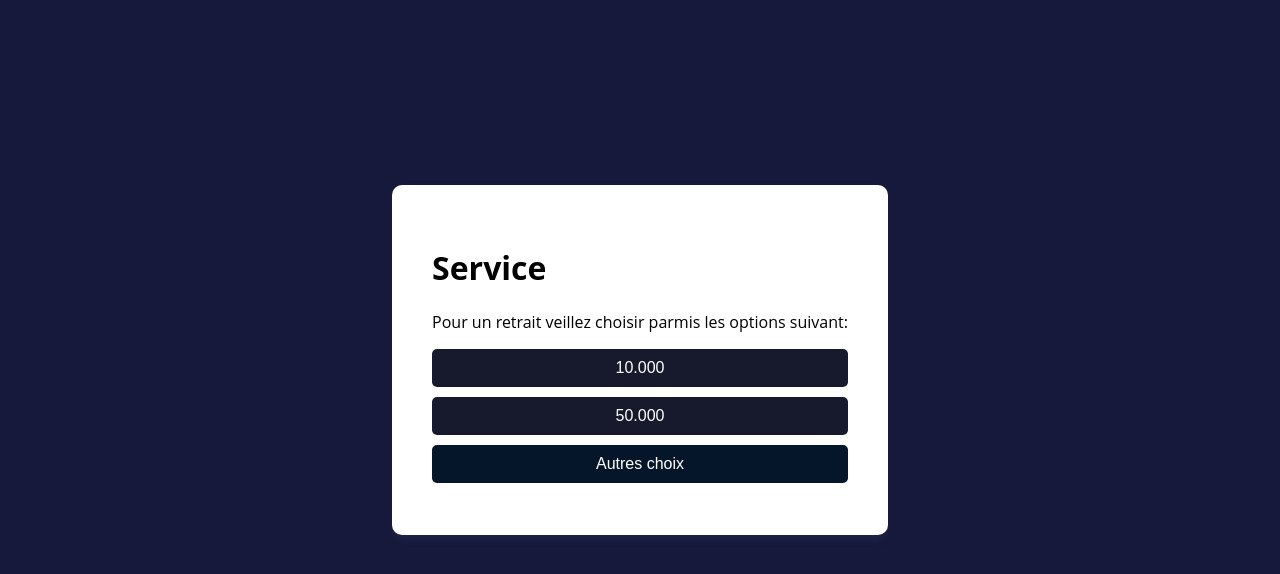
Repository: ndiawar/ProjetGab
Page: retrait.html
The author's editor kept a copy of each file at every save. The page is drawn from the files as they stood at one save, then again after the next save.
The browser window is 1280 px wide. The pictures show the whole page.

Above is the page before, as saved 2024-08-07 22:53:34.

### retrait.html
<!DOCTYPE html>
<html lang="fr">
<head>
    <meta charset="UTF-8">
    <meta name="viewport" content="width=device-width, initial-scale=1.0">
    <link rel="stylesheet" href="style.css">
    <title>Page de Gestion</title>
</head>
<body>
    <div class="container">
        <h1 id="service">Service</h1>
        <p id="welcome-message">Pour un retrait veillez choisir parmis les options suivant:</p>
        <button class="button retrait">10.000</button>
        <button class="button solde">50.000</button>
        <button class="button depot">Autres choix</button>
    </div>
</body>
</html>

### style.css
:root {
    /* Définition des couleurs de base */
    --blue-sky-1: #16193B; /* Bleu nuit */
    --blue-sky-2: #35478C; /* Bleu foncé */
    --blue-sky-3: #4E7AC7; /* Bleu vif */
    --blue-sky-4: #7FB2F0; /* Bleu clair */
    --blue-sky-5: #ADD5F7; /* Bleu très clair */
    --Noir-6: #000000; /* Noir */
    --White-7: #ffffff; /* Blanc */

    /* Utilisation des couleurs pour différents éléments */
    --color-title: var(--blue-sky-1); /* Couleur pour les titres */
    --color-subtitle: var(--blue-sky-3); /* Couleur pour les sous-titres */
    --color-paragraph: var(--blue-sky-2); /* Couleur pour les paragraphes */
    --color-border: var(--blue-sky-4); /* Couleur pour les bordures */
    --color-backgroundFoncé: var(--blue-sky-1); /* Couleur de fond foncée */
    --color-background: var(--blue-sky-5); /* Couleur de fond général */
    --color-text: var(--Noir-6); /* Couleur pour le texte de fond */
    --color-white: var(--White-7); /* Couleur blanche pour le texte de fond d'une balise */

    /* Polices */
    --font-title: 'Montserrat', sans-serif;
    --font-text: 'Open Sans', sans-serif;
    --font-subtitle: 'Roboto', sans-serif;

    /* Taille de police standard et poids */
    --font-size-normal: 16px; /* Taille de police standard pour le texte */
    --font-size-title: 28px; /* Taille de police pour les grands titres */
    --font-size-subtitle: 20px; /* Taille de police pour les sous-titres */
    --font-weight-normal: 400; /* Poids normal de la police */
    --font-weight-bold: 700; /* Poids en gras */
    /* Pour le profil la taille du nom et du sous-titre */
    --font-size-titleProfil: 45px;
    --font-size-subtitleProfil: 30px;
}


/*Initialisation de notre body pour supprimer les marges et choix du type de police pour notre site*/


/*Initialisation de notre body pour supprimer les marges et choix du type de police pour notre site*/
* {
  box-sizing: border-box;
}

/* Style global pour le corps de la page */
body, html {
    margin: 0;
    padding: 0;
    color: var(--color-text);
    font-family: var(--font-text);
    font-size: var(--font-size-normal);
    font-weight: var(--font-weight-normal);
    overflow-x: hidden;
    height: 100%;
    display: flex;
    align-items: center;
    justify-content: center;
    background-color: var(--color-backgroundFoncé);
}

/* Conteneur principal de la page de connexion */
.login-container {
    display: flex;
    width: 100%;
    max-width: 900px;
    height: 500px;
    background-color: var(--color-white);
    box-shadow: 0 4px 8px rgba(101, 150, 214, 0.1);
    border-radius: 10px;
    overflow: hidden;
}

/* Style pour la section du formulaire de connexion */
.login-form {
    flex: 1;
    padding: 40px;
    background-color: var(--color-white);
    display: flex;
    flex-direction: column;
    justify-content: center;
}

/* Style pour les titres et formulaires dans la section de connexion */
.login-form h2 {
    margin-bottom: 20px;
    color: var(--color-title);
    font-size: var(--font-size-title);
    font-family: var(--font-title);
    font-weight: var(--font-weight-bold);
    padding: 5px 0 60px 50px;
}

.form-group {
    margin-bottom: 15px;
    font-size: var(--font-subtitle);
    font-weight: var(--font-weight-normal);
    font-family: var(--font-text);
    color: var(--color-title);
}

.form-group label {
    display: block;
    margin-bottom: 5px;
    color: var(--color-title);
}

.form-group input {
    width: 100%;
    padding: 10px;
    border: 1px solid var(--color-title);
    border-radius: 5px;
    font-size: 16px;
    box-sizing: border-box;
}

button {
    width: 100%;
    padding: 10px;
    background-color: var(--color-backgroundFoncé);
    color: var(--color-white);
    border: none;
    border-radius: 5px;
    font-size: 16px;
    cursor: pointer;
    transition: background-color 0.3s ease;
}

button:hover {
    background-color: var(--color-border);
}

/* Style pour la section de bienvenue avec le logo */
.welcome-section {
    flex: 1;
    display: flex;
    align-items: center;
    justify-content: center;
    color: var(--color-backgroundFoncé);
}

.welcome-content {
    text-align: center;
    padding: 20px;
}

.logo {
    width: 350px;
    height: 350px;
    margin-bottom: 20px;
}

.welcome-section h1 {
    margin: 0 0 10px;
    font-size: 36px;
}

.welcome-section p {
    font-size: 18px;
    margin: 0;
}

/* Style pour le conteneur principal de gestion */
.container {
    background-color: var(--color-white);
    border-radius: 10px; /* Assurez-vous qu'il correspond à .login-container */
    box-shadow: 0 4px 8px rgba(101, 150, 214, 0.1); /* Utilisez le même box-shadow que .login-container */
    padding: 40px; /* Assurez-vous que le padding est le même pour le confort */
    max-width: 900px; /* Assurez-vous qu'il correspond à max-width de .login-container */
    height: 350px; /* Assurez-vous qu'il correspond à height de .login-container */
    width: 100%;
    margin: 0 auto; /* Centrer le conteneur */
}

.service {
    font-size: 24px;
    margin-bottom: 10px;
    color: var(black);
    text-align: center;
  }

h1.bienvenue {
    font-size: 24px;
    margin-bottom: 10px;
    color: var(--color-title); /* Utilisez la variable de couleur définie */
}

p.welcome-message {
    font-size: 18px;
    margin-bottom: 20px;
    color: var(--color-title); /* Utilisez la variable de couleur définie */
}

.button {
    display: block;
    width: 100%;
    padding: 12px; /* Assurez-vous que le padding est confortable */
    margin: 10px 0;
    font-size: 16px;
    text-align: center;
    border: none;
    border-radius: 5px;
    cursor: pointer;
    transition: background-color 0.3s ease;
    background-color: #05162b;
    color: var(--color-white); /* Utilisez la variable de couleur définie */
}

.button:hover {
    background-color: #35478c; /* Utilisez une couleur hexadécimale directe */
}

.button.retrait,
.button.solde,
.button.retour {
    background-color: rgba(1, 4, 24, 0.911);
    color: var(--color-white); /* Utilisez la variable de couleur définie */
}
.service {
  font-size: 24px;
  margin-bottom: 10px;
  color: var(black);
  text-align: center;
}
welcome-message {
  font-size: 18px;
  margin-bottom: 20px;
  color: var(black);
}
.button {
  display: block;
  width: 100%;
  padding: 10px;
  margin: 10px 0;
  font-size: 16px;
  text-align: center;
  border: none;
  border-radius: 5px;
  cursor: pointer;
  transition: background-color 0.3s;
  background-color: #05162b;
}
.button:hover {
  background-color: var(#35478c);
}
.button.retrait {
  background-color: var(rgba(1, 4, 24, 0.911));
  color: var(--color-white);
}
.button.solde {
  background-color:var(rgba(1, 4, 24, 0.911));
  color: var(--color-white);
}
.button.depot {
  background-color: var(rgba(1, 4, 24, 0.911));
  color: var(--color-white);
}
/*Fin Partie Etienne*/

After the next save:
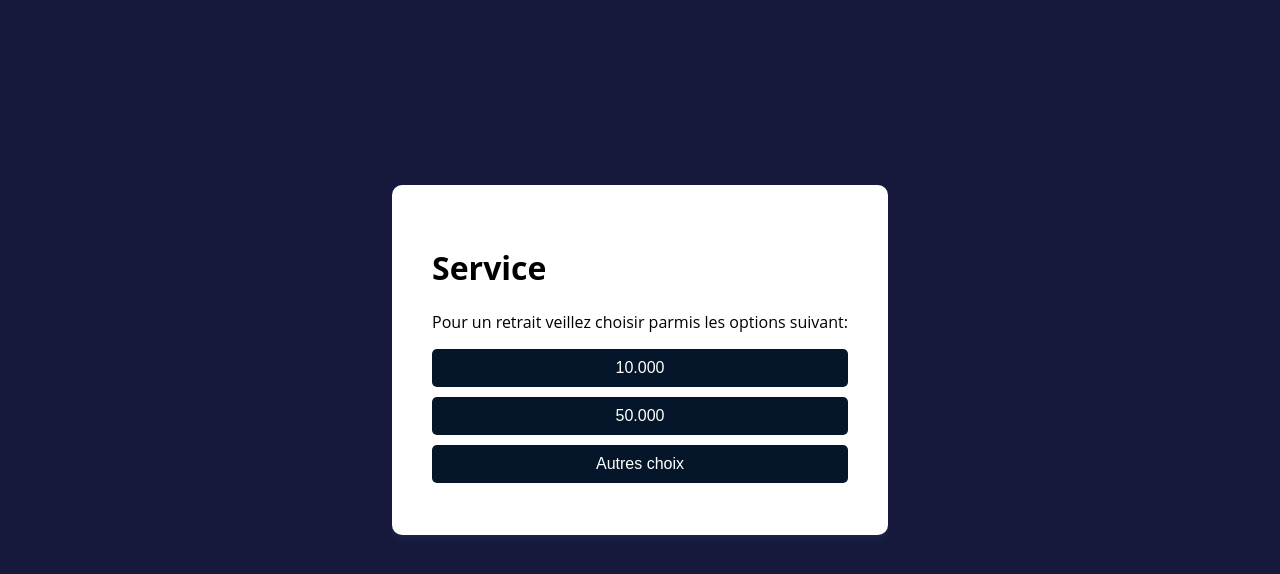
Saved 16 s later.
--- a/retrait.html
+++ b/retrait.html
@@ -10,9 +10,9 @@
     <div class="container">
         <h1 id="service">Service</h1>
         <p id="welcome-message">Pour un retrait veillez choisir parmis les options suivant:</p>
-        <button class="button retrait">10.000</button>
-        <button class="button solde">50.000</button>
-        <button class="button depot">Autres choix</button>
+        <button class="button">10.000</button>
+        <button class="button">50.000</button>
+        <button class="button">Autres choix</button>
     </div>
 </body>
 </html>
